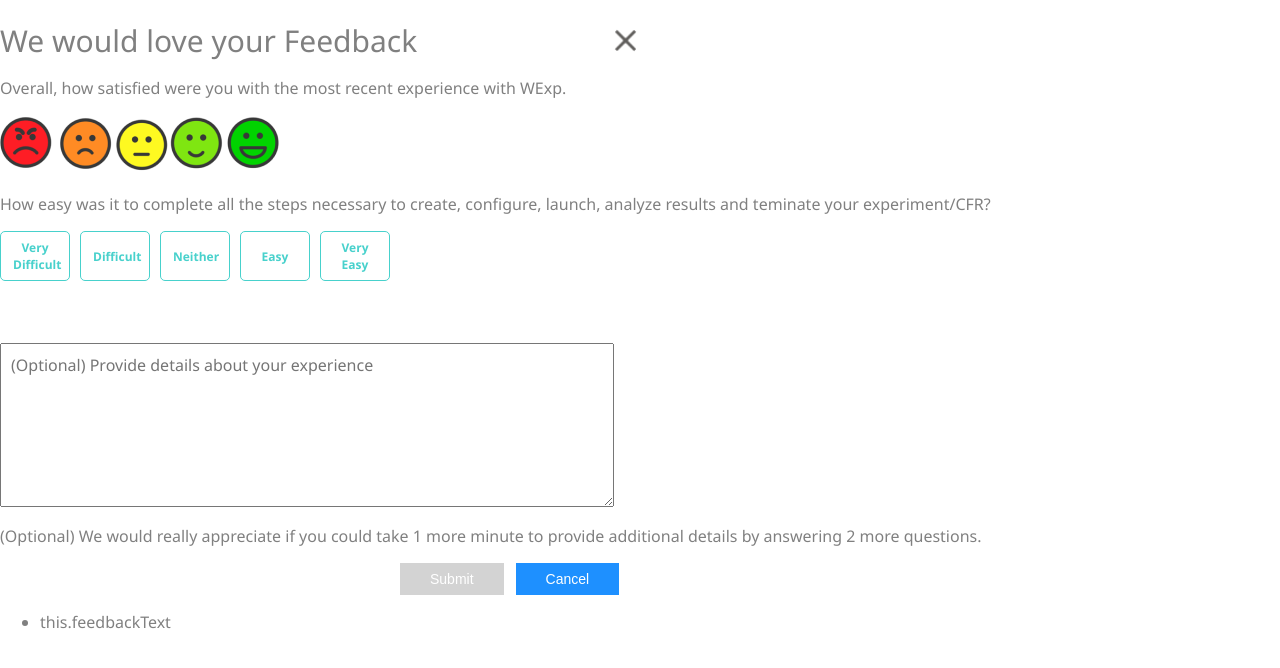
Repository: msfinnan/react-mobx-feedback-form
Page: /
These files come from the project's save history. The page is drawn as it stood at one moment and after the next save; the edit follows.
The browser window is 1280 px wide. The pictures show the whole page.
The project was rebuilt for these pictures with package versions that can differ from the ones it lists, and the page was loaded fresh each time.

Above is the page before, as saved 2019-08-26 16:07:06.

### src/App.tsx
import * as React from 'react';
import './App.css';
import './Components/BodyText';
// import BodyText from './Components/BodyText';
import { EmojiCollection } from './Components/EmojiCollection';
import { DifficultyButtonCollection } from './Components/DifficultyButtonCollection';
import { SubmissionButtonCollection } from './Components/SubmissionButtonCollection';
import { BodyText } from './Components/BodyText';
import { CommentBox } from './Components/CommentBox';

// import closeButton from ;

class App extends React.Component<{}, {}> {
  private feedbackText: string;

  // const closeButton = require('./images/close_button.PNG');

  private handleSubmitEvent = (event: React.FormEvent<HTMLFormElement>): void => {
    this.feedbackText = (event.target as any).bodyTextInput.value;
  }

  render() {
    return (
      <div className="app">
        <div className="top-row">
          <h1 className="header">
            We would love your Feedback
        </h1>
          <img className="close-button" src={require('./images/close_button.PNG')} alt="close button" />
        </div>

        <form onSubmit={event => this.handleSubmitEvent(event)}>
          <BodyText text="Overall, how satisfied were you with the most recent experience with WExp." />
          <EmojiCollection />
          <BodyText text="How easy was it to complete all the steps necessary to create, configure, launch, analyze results and teminate your experiment/CFR?" />
          <DifficultyButtonCollection />
          <CommentBox text="(Optional) Provide details about your experience" commentBoxClassName="experince-details-textbox" />
          <BodyText text="(Optional) We would really appreciate if you could take 1 more minute to provide additional details by answering 2 more questions." />
          <SubmissionButtonCollection />
        </form>

        <ul>
          <li>this.feedbackText</li>
        </ul>


      </div>
    );
  }
}

export default App;

### src/App.css
.app {
    font-family: 'Segoe UI', Tahoma, Verdana, sans-serif;
    font-weight: 500;
    color: grey;
}

.form {
    border: solid dodgerblue 2px;
    padding: 0px 20px 30px 20px;
    width: 625px;
    margin-top: 20px;
    margin-bottom: 20px;
}

.top-row {
    display: flex;
}

.header {
    font-weight: normal;
    font-size: 30px;
    margin-bottom: 0px;
}

.close-button {
    margin-left: 190px;
    margin-top: 25px;
    height: 32px;
}

.buttons-row {
    padding-bottom: 50px;
    display: flex;
}

.difficulty-button {
    color: mediumturquoise;
    background-color:white;
    border: 1px solid mediumturquoise;;
    border-radius: 5px;
    padding-left: 12px;
    padding-right: 12px;
    margin-right: 10px;
    margin-bottom: 12px;
    font-weight: 600;
    font-size: 12px;
    font-family: 'Segoe UI', Tahoma, Verdana, sans-serif;
    width: 70px;
    height: 50px;
    white-space: normal;
}

.difficulty-button-clicked {
    color: mediumturquoise;
    background-color:#E8E8E8;
    border: 1px solid mediumturquoise;;
    border-radius: 5px;
    padding-left: 12px;
    padding-right: 12px;
    margin-right: 10px;
    margin-bottom: 12px;
    font-weight: 600;
    font-size: 12px;
    font-family: 'Segoe UI', Tahoma, Verdana, sans-serif;
    width: 70px;
    height: 50px;
    white-space: normal;
}

.experince-details-textbox {
    width: 600px;
    height: 150px;
    vertical-align: top;
    padding-top: 10px;
    padding-left: 10px;
    text-align: start;
    color: gray;
    font-size: 16px;
    font-family: 'Segoe UI', Tahoma, Verdana, sans-serif;
    font-weight: 500;
    margin-bottom: 2px;
}

.submission-buttons-row {
    margin-left: 400px;
    display: flex;
}

.submit-button {
    background-color: lightgrey;
    border: none;
    color: white;
    padding: 8px 30px;
    text-align: center;
    text-decoration: none;
    font-size: 14px;
    margin-right: 12px;
}

.cancel-button {
    background-color: dodgerblue;
    border: none;
    color: white;
    padding: 8px 30px;
    text-align: center;
    text-decoration: none;
    font-size: 14px;
}

.submit-button-clicked {
    background-color: lightgreen;
    border: none;
    color: white;
    padding: 8px 30px;
    text-align: center;
    text-decoration: none;
    font-size: 14px;
    margin-right: 12px;
}

.cancel-button-clicked {
    background-color: lightcoral;
    border: none;
    color: white;
    padding: 8px 30px;
    text-align: center;
    text-decoration: none;
    font-size: 14px;
}

.emoji-border {
    border: 2px solid #E8E8E8;
}

.user-feedback {
    border: solid dodgerblue 2px;
    padding: 0px 20px 30px 20px;
    width: 625px;
    margin-top: 20px;
    margin-bottom: 20px;
    color: grey;
}

.user-feedback strong {
    font-weight: 500;
}

### src/Components/BodyText.tsx
import * as React from 'react';

export interface BodyProps {
    text: string;
}

//: React.FunctionComponent<BodyProps>

export const BodyText: React.FunctionComponent<BodyProps> = (props: BodyProps): JSX.Element => {
    return (
        <p className="grey-body-text">
            {props.text}
        </p>
    );
}

### src/Components/EmojiCollection.tsx
import * as React from 'react';
import { Emoji } from './Emoji';


export const EmojiCollection: React.FunctionComponent = (): JSX.Element => {

    const emojis: { src: string, alt: string }[] = [
        {
            src: 'images/red_emoji.PNG',
            alt: "red emoji",
        },
        {
            src: 'images/orange_emoji.PNG',
            alt: "orange emoji",
        },
        {
            src: 'images/yellow_emoji.PNG',
            alt: "yellow emoji",
        },
        {
            src: 'images/lt_green_emoji.PNG',
            alt: "light green emoji",
        },
        {
            src: 'images/dk_green_emoji.PNG',
            alt: "dark green emoji",
        },
    ];

    const emojiComponents = emojis.map((emoji, i) => {
        return (
            <Emoji key={i} src={emoji.src} alt={emoji.alt} />
        );
    });

    return (
        <div>
            { emojiComponents }
        </div>
    );

};

### src/Components/DifficultyButtonCollection.tsx
import * as React from 'react';
import { DifficultyButton } from './DifficultyButton';

export const DifficultyButtonCollection: React.FunctionComponent = (): JSX.Element => {
    const difficultyButtons: { buttonText: string }[] = [
        {
            buttonText: "Very Difficult"
        },
        {
            buttonText: "Difficult"
        },
        {
            buttonText: "Neither"
        },
        {
            buttonText: "Easy"
        },
        {
            buttonText: "Very Easy"
        },
    ];

    const difficultyButtonComponents = difficultyButtons.map((button, i) => {
        return (
            <DifficultyButton key={i} buttonText={button.buttonText} />
        )
    })
    return (
        <div className="buttons-row">
            { difficultyButtonComponents }
        </div>
    );


};

### src/Components/SubmissionButtonCollection.tsx
import * as React from 'react';
import { SubmissionButton } from './SubmissionButton';

export const SubmissionButtonCollection: React.FunctionComponent = (): JSX.Element => {
    const submissionButtons: { buttonClass: string, buttonText: string }[] = [
        {
            buttonText: "Submit",
            buttonClass: "submit-button",
        },
        {
            buttonText: "Cancel",
            buttonClass: "cancel-button",
        },
    ];

    const submissionButtonComponents = submissionButtons.map((button, i) => {
        return (
            <SubmissionButton key={i} buttonText={button.buttonText} buttonClass={button.buttonClass} />
        )
    })
    return (
        <div className="submission-buttons-row">
            { submissionButtonComponents }
        </div>
    );


};

### src/Components/CommentBox.tsx
import * as React from 'react';
// import { observable } from 'mobx';
// import { observer } from 'mobx-react-lite';

type CommentBoxProps = {
    text: string
    commentBoxClassName: string
}

// type CommentBoxState = {
//     isValidText: boolean
// }

export class CommentBox extends React.Component<CommentBoxProps, {}> {
    // @observable private isValidText: boolean

    onTextInput = (event: React.FormEvent<HTMLTextAreaElement>) => {
        const letterNumber = /^[a-zA-Z0-9',.!? ]*$/;

        if (!event.currentTarget.value.match(letterNumber)){
            alert("Symbols not allowed");
            // this.setState({ isValidText: false })
        }
    }

    render() {
        return (
            <textarea
                className={ this.props.commentBoxClassName } //could do something with isValidText for conditional formatting here
                onChange={ this.onTextInput }
                placeholder={ this.props.text }
                name="textAreaInput"></textarea>
        );
    }
}

### src/Components/Emoji.tsx
import * as React from 'react';
import { observer } from 'mobx-react';
import { observable } from 'mobx';


type EmojiProps = {
    src: string;
    alt: string;
}

// type EmojiState = {
//     buttonClicked: boolean;
// }

@observer
export class Emoji extends React.Component<EmojiProps, {}> {
    @observable private buttonClicked: boolean;
    constructor(props: EmojiProps) {
        super(props);

        this.buttonClicked = false;

    }

    private onButtonClick = (): void => {
        // this.setState({ buttonClicked: !this.state.buttonClicked })
        this.buttonClicked = !this.buttonClicked;
    }

    public render(): JSX.Element {
        return (
            <img
                src={ this.props.src }
                className={ this.buttonClicked ? "emoji-border" : undefined }
                alt={ this.props.alt }
                onClick={ this.onButtonClick }>
            </img>
        );
    }
}

### src/Components/DifficultyButton.tsx
import * as React from 'react';
import { observer } from 'mobx-react'
import { observable } from 'mobx';

//ok to use type or interface?
type DifficultyButtonProps = {
    buttonText: string;
}

// type DifficultyButtonState = {
//     buttonClicked: boolean;
// }

@observer
export class DifficultyButton extends React.Component<DifficultyButtonProps, {}> {
    @observable private buttonClicked: boolean;

    constructor(props: DifficultyButtonProps) {
        super(props);
        this.buttonClicked = false;
    }

    private onButtonClick = (): void => {
        // const newState: DifficultyButtonState ={ buttonClicked: !this.state.buttonClicked };
        // this.setState(newState)
        this.buttonClicked = !this.buttonClicked
    };


    public render(): JSX.Element {
        return (
            <button
                className={this.buttonClicked ? "difficulty-button-clicked": "difficulty-button" }
                type="button"
                onClick={ this.onButtonClick }>
                { this.props.buttonText }
            </button>
        );
    }
}

### src/Components/SubmissionButton.tsx
import * as React from 'react';
import { observable } from 'mobx';
import { observer } from 'mobx-react';

type SubmissionButtonProps = {
    buttonText: string;
    buttonClass: string;
}

// type SubmissionButtonState = {
//     buttonClicked: boolean;
// }

@observer
export class SubmissionButton extends React.Component<SubmissionButtonProps, {}> {
    @observable private buttonClicked: boolean;

    constructor(props: SubmissionButtonProps) {
        super(props);
        this.buttonClicked = false;
        // this.state = {
        //     buttonClicked: false
        // }
    }

    private onButtonClick = (): void => {
        // this.setState({ buttonClicked: !this.state.buttonClicked })
        this.buttonClicked = !this.buttonClicked
    }

    public render(): JSX.Element {
        return (
            <button
                type="button"
                className={ this.buttonClicked ? this.props.buttonClass + "-clicked" : this.props.buttonClass }
                onClick={ this.onButtonClick }>
                { this.props.buttonText }
            </button>

        );
    }
}

Loaded but not shown: public/index.html (common file); src/index.tsx (common file); src/index.css (common file); src/serviceWorker.js (common file)

After the next save:
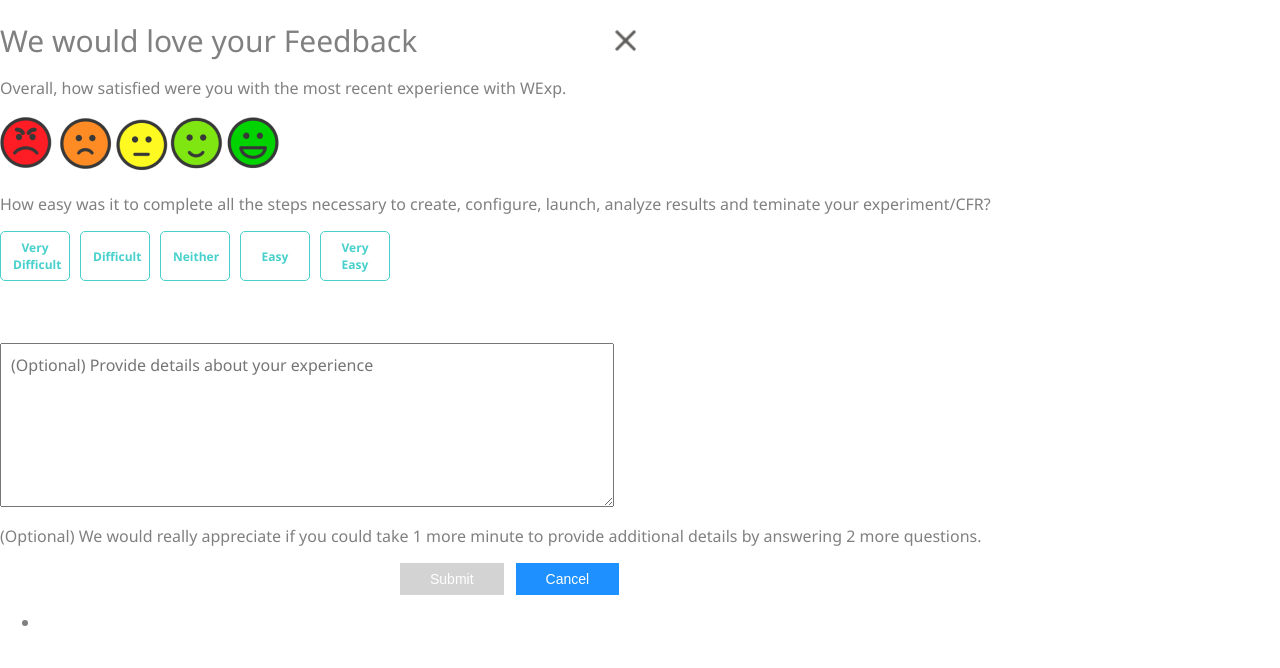
Saved 15 s later.
--- a/src/App.tsx
+++ b/src/App.tsx
@@ -40,7 +40,7 @@ class App extends React.Component<{}, {}> {
         </form>
 
         <ul>
-          <li>this.feedbackText</li>
+          <li>{this.feedbackText}</li>
         </ul>
 
 
